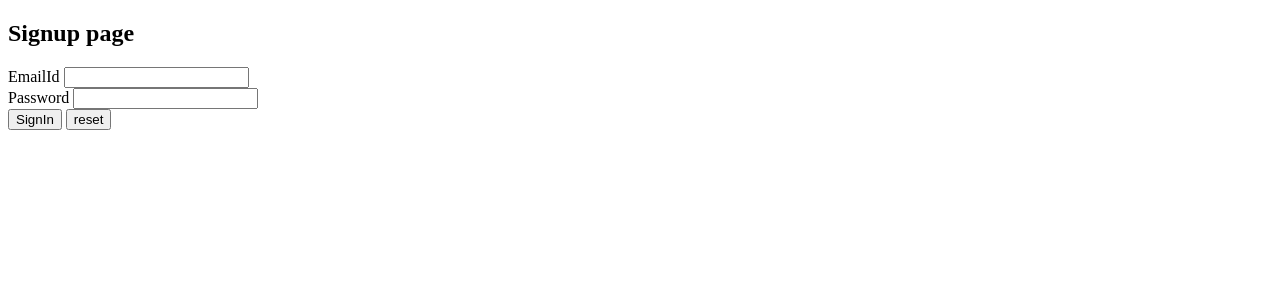
Repository: Prieena/cgi_java_training
Page: http://localhost/LoginApp_Assignment2/signup.jsp
These files come from the project's save history. The page is drawn as it stood at one moment and after the next save; the edit follows.
The browser window is 1280 px wide. The pictures show the whole page.
The page is served by Tomcat 9.

Above is the page before, as saved 2024-09-27 10:32:13.

After the next save:
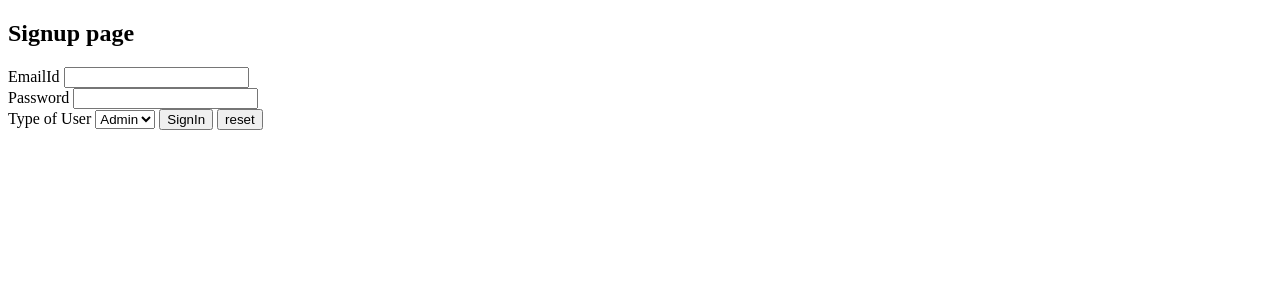
Saved 18 min 24 s later.
--- a/spring-mvc/LoginApp_Assignment2/src/main/webapp/signup.jsp
+++ b/spring-mvc/LoginApp_Assignment2/src/main/webapp/signup.jsp
@@ -13,6 +13,11 @@
 	<input type="email" name="emailid"/><br/>
 	<label>Password</label>
 	<input type="password" name="password"/><br/>
+	<label>Type of User</label>
+	<select name="user">
+		<option value="admin">Admin</option>
+		<option value="user">User</option>
+	</select>
 	<input type="submit" value="SignIn"/>
 	<input type="reset" value="reset"/>
 	</form>
